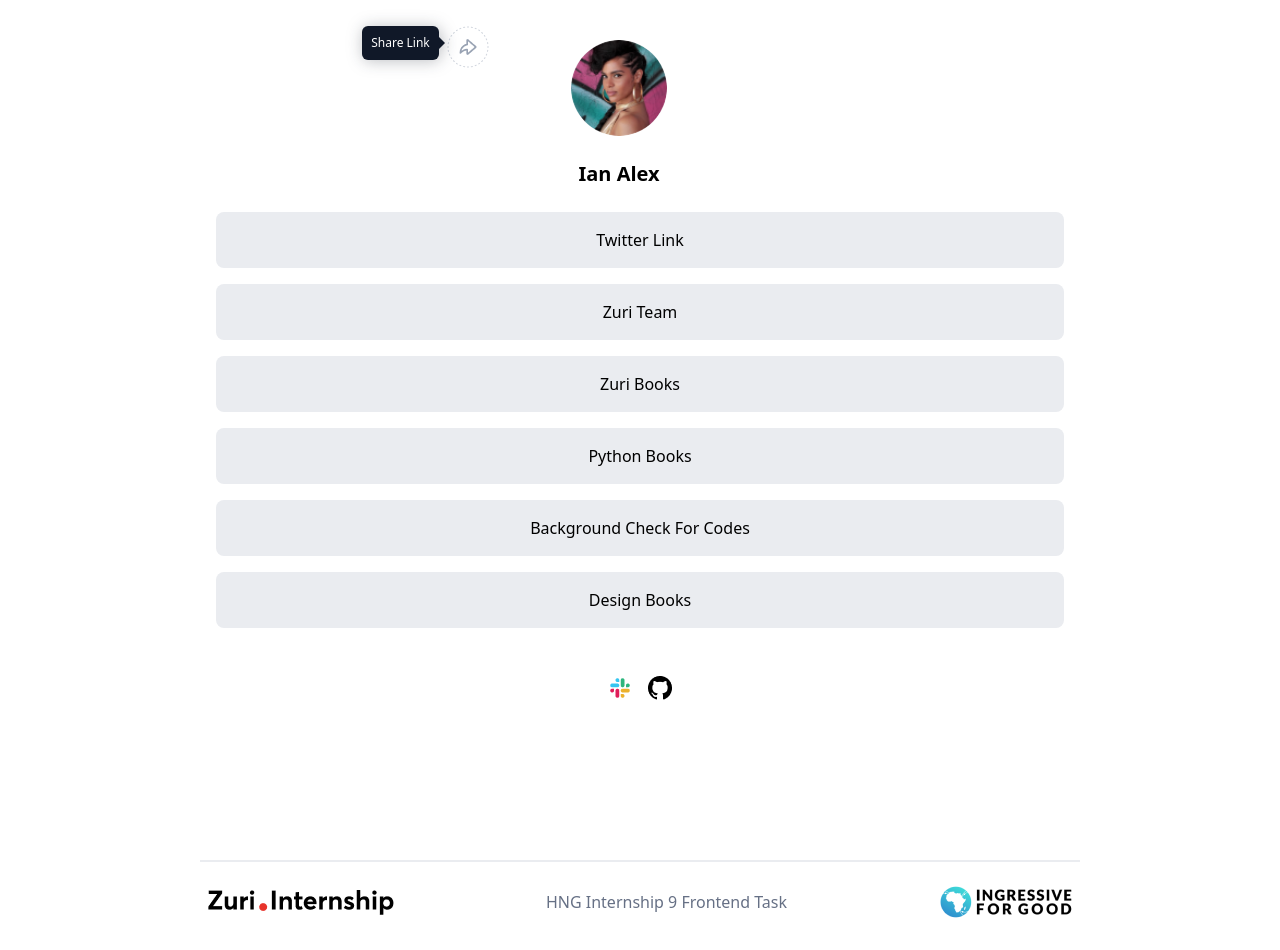
Repository: nonso7/hng9
Page: /
These files come from the project's save history. The page is drawn as it stood at one moment and after the next save; the edit follows.
The browser window is 1280 px wide. The pictures show the whole page.
The project was rebuilt for these pictures with package versions that can differ from the ones it lists, and the page was loaded fresh each time. Also part of the build but not shown: vite.config.js.

Above is the page before, as saved 2022-10-27 14:04:38.

### src/main.jsx
import React from "react";
import ReactDOM from "react-dom/client";
import App from "./App";
import "./styles/tailwind.css";

ReactDOM.createRoot(document.getElementById("root")).render(
  <React.StrictMode>
    <App />
  </React.StrictMode>
);

### src/App.jsx
import React from "react";
import Header from "./Header";
import Links from "./Links";
import Socials from "./Socials";
import Footer from "./Footer";

const App = () => {
  return (
    <div className="">
      <Header />
      <Links />
      <Socials />
      <Footer />
    </div>
  );
};

export default App;

### src/styles/tailwind.css
@tailwind base;
@tailwind components;
@tailwind utilities;

* {
  margin: 0;
  padding: 0;
  border-box: box-sizing;
}

.img-container::after {
  position: absolute;
  content: "";
  height: 6rem;
  width: 100%;
  top: 0;
  left: 0;
  right: 0;
  bottom: 0;
  background-color: gray;
  border-radius: 50px;
  background-color: transparent;
}

.img-container {
  position: relative;
}

.img-container:hover.img-container::after {
  background-color: #344054bf;
}

.camera {
  position: absolute;
  z-index: 999;
  top: 70px;
  left: 35px;
  display: none;
}

.img-container:hover .camera {
  display: block;
}

.shareFull {
  position: relative;
  display: inline-block;
  right: 0;
}
/* https://meet.google.com/uvg-mkpc-rjc*/
/*send me google chat lets connect on slack */
.sharelink {
  /*visibility: hidden;*/
  position: absolute;
  margin: 0;
  width: 77px;
  font-size: 12px;
  background-color: #101828;
  filter: drop-shadow(1px 1px 8px #10182848);
  color: #fff;
  text-align: center;
  border-radius: 6px;
  padding: 8px 0;
  z-index: 1;
  right: 50px;
  transition: visibility 0.3s;
}

.shareFull .sharelink::after {
  content: "";
  position: absolute;
  top: 50%;
  transform: translateY(-50%);
  margin-left: -5px;
  right: -21%;
  border: 10px solid #101828;
  border-color: transparent transparent transparent #101828;
}

.dotShare {
  display: none;
}

@media (max-width: 768px) {
  .arrowShare {
    display: none;
  }
  .dotShare {
    display: block;
  }

  .shareFull {
    right: -20%;
  }
}

### src/Header.jsx
import React from "react";

const Header = () => {
  return (
    <section className="p-6 max-w-[500px] mx-auto">
      {/* image contaiber */}
      <div className=" flex justify-center mt-8 relative md:mt-4">
        <div className="flex flex-col space-y-6 items-center">
          <div className="img-container">
            <img
              id="profile__img"
              className="h-24 w-24 rounded-full"
              src="/images/Anette-Black.png"
              alt="profile picture"
            />
            <img className="camera" src="/images/Photo-Icon.png" alt="" />
          </div>
          <p id="twitter" className="text-xl font-bold">
            Ian Alex
          </p>
        </div>
        <p id="slack" className="text-xl font-bold hidden">
          Ik-Alex
        </p>
        {/* Share Icon */}
        <div className="shareFull absolute md:right-[-40%] lg:right-[220px] md:top-[-14px] ">
          <p className="sharelink">Share Link</p>
          <img
            className="arrowShare"
            src="/images/_Avatar share button full.png"
            alt=""
          />
          <img
            className="dotShare"
            src="/images/_Avatar share button.png"
            alt=""
          />
        </div>
      </div>
    </section>
  );
};

export default Header;

### src/Links.jsx
import React from "react";
import Data from "./Data";

const Links = () => {
  return (
    <section className="">
      <div className=" mx-auto container px-8 md:px-16">
        {Data.map((info) => {
          return (
            <a
              id={info.keyId}
              className="block bg-darkGrey rounded-lg text-center mb-4  py-4 px-6 md:px-8 hover:cursor-pointer hover:bg-"
              href={info.link}
            >
              {info.title}
            </a>
          );
        })}
      </div>
    </section>
  );
};

export default Links;

### src/Socials.jsx
import React from "react";

const Socials = () => {
  return (
    <section className="mx-auto container px-8 py-8 md:px-16 md:pb-32">
      <div className="flex flex-row space-x-4 items-center justify-center ">
        <div className="">
          <img src="/images/slack.png" alt="" />
        </div>
        <div className="">
          <img src="/images/Icon.png" alt="" />
        </div>
      </div>
    </section>
  );
};

export default Socials;

### src/Footer.jsx
import React from "react";

const Footer = () => {
  return (
    <footer className="mx-auto container px-4 py-8 md:px-12">
      <div className="flex flex-col space-y-6 items-start pt-6 px-2 border-t-2 border-darkGrey md:flex-row md:justify-between md:items-center md:space-y-0">
        <div className="relative">
          <div className="">
            <img src="/images/Vector.png" alt="" />
          </div>
          <div className="absolute left-[51px] bottom-1">
            <img src="/images/Vectordot.png" alt="" />
          </div>
        </div>
        <p className="text-lightGrey">HNG Internship 9 Frontend Task</p>
        <div className="">
          <img src="/images/I4G.png" alt="" />
        </div>
      </div>
    </footer>
  );
};

export default Footer;

### src/Data.jsx
const Data = [
  {
    keyId: "twitter_id",
    title: "Twitter Link",
    link: "https://twitter.com/ik_again",
  },
  {
    keyId: "btn__zuri",
    title: "Zuri Team",
    link: "https://training.zuri.team/",
  },
  {
    keyId: "books",
    title: "Zuri Books",
    link: "http://books.zuri.team/",
  },
  {
    keyId: "book_python",
    title: "Python Books",
    link: "http://books.zuri.team/python-for-beginners?ref_id=<Ik-Alex>",
  },
  {
    keyId: "pitch",
    title: "Background Check For Codes",
    link: "https://background.zuri.team/",
  },
  {
    keyId: "book_design",
    title: "Design Books",
    link: "https://books.zuri.team/design-rules",
  },
];
export default Data;

### tailwind.config.cjs
/** @type {import('tailwindcss').Config} */
module.exports = {
  content: ["./src/**/*.{jsx,js}"],
  theme: {
    screens: {
      sm: "480px",
      md: "768px",
      lg: "976px",
      xl: "1440px",
    },
    extend: {
      colors: {
        darkGrey: "hsl(220, 17%, 93%)",
        lightGrey: "hsl(221, 13%, 46%)",
        hoverGrey: "#D0D5DD",
      },
    },
  },
  plugins: [],
};

Loaded but not shown: index.html (common file)

After the next save:
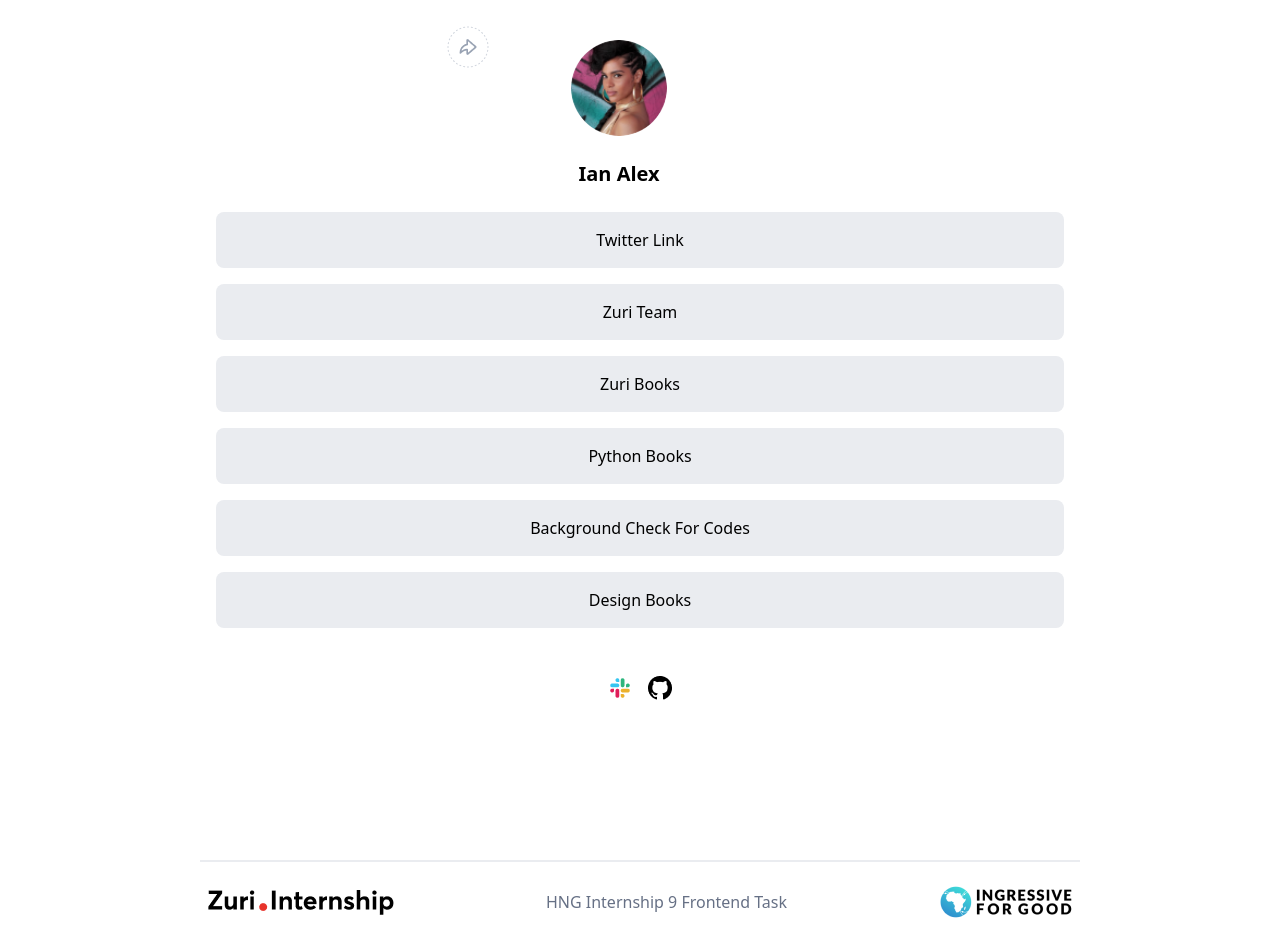
Saved 98 s later.
--- a/src/styles/tailwind.css
+++ b/src/styles/tailwind.css
@@ -47,10 +47,9 @@
   display: inline-block;
   right: 0;
 }
-/* https://meet.google.com/uvg-mkpc-rjc*/
-/*send me google chat lets connect on slack */
+
 .sharelink {
-  /*visibility: hidden;*/
+  visibility: hidden;
   position: absolute;
   margin: 0;
   width: 77px;
@@ -77,6 +76,10 @@
   border-color: transparent transparent transparent #101828;
 }
 
+.shareFull:hover .sharelink {
+  visibility: visible;
+}
+
 .dotShare {
   display: none;
 }
